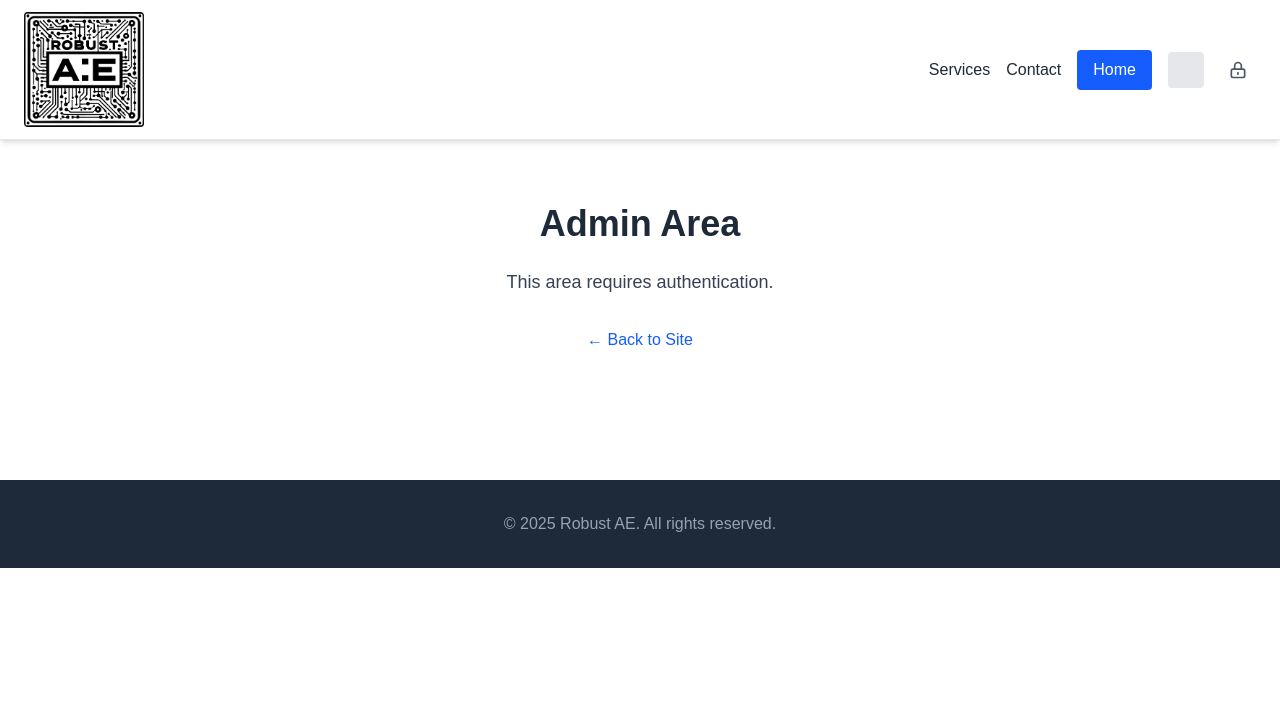
Repository: b0ase/robust-ae.com
Page: /admin
An editor plug-in stored every save of this project. The page is shown before and after the next save, followed by the edit.
The browser window is 1280 px wide. The pictures show the whole page.
The project was rebuilt for these pictures with package versions that can differ from the ones it lists, and the page was loaded fresh each time. The framework's server and built-in components were replaced by stand-ins that run in the browser. Also part of the build but not shown: next.config.ts.

Above is the page before, as saved 2025-05-04 23:11:38.

After the next save:
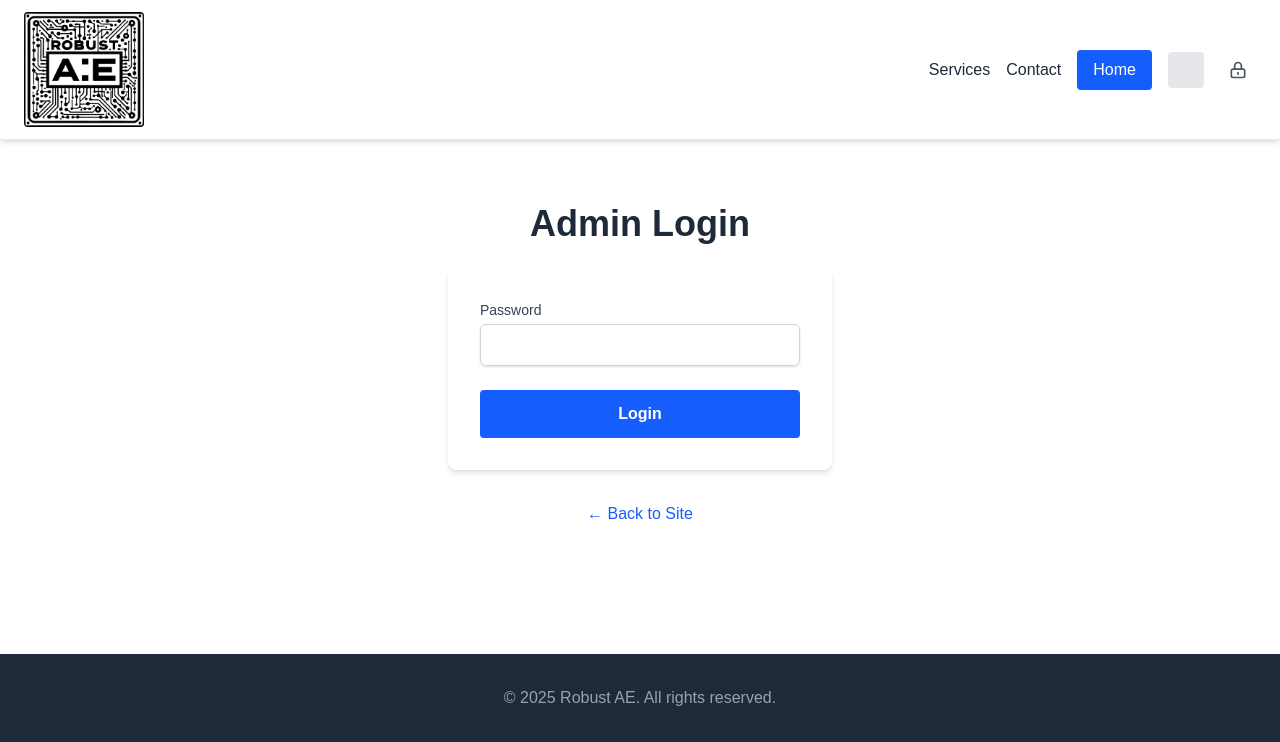
Saved 3 min 17 s later.
--- a/src/app/admin/page.tsx
+++ b/src/app/admin/page.tsx
@@ -1,15 +1,50 @@
+"use client"; // Mark as client component for form interaction (even if basic)
+
 import React from 'react';
 import Link from 'next/link';
 
 export default function AdminPage() {
+
+  // Basic handler to prevent default form submission for now
+  const handleSubmit = (e: React.FormEvent) => {
+    e.preventDefault();
+    // TODO: Implement actual authentication logic here
+    alert('Login functionality not yet implemented.');
+  };
+
   return (
-    <div className="container mx-auto px-4 py-16 text-center">
-       <h1 className="text-3xl md:text-4xl font-bold mb-6">Admin Area</h1>
-       <p className="text-lg text-gray-700 mb-8">
-         This area requires authentication.
-       </p>
-       {/* Add Login Form or Content for authenticated users here */}
-       <Link href="/newsite" className="text-blue-600 hover:underline">&larr; Back to Site</Link>
+    <div className="container mx-auto px-4 py-16 flex flex-col items-center">
+       <h1 className="text-3xl md:text-4xl font-bold mb-6">Admin Login</h1>
+       <div className="w-full max-w-sm bg-white dark:bg-gray-800 p-8 rounded-lg shadow-md">
+        <form onSubmit={handleSubmit} className="space-y-6">
+          <div>
+              <label
+                htmlFor="password"
+                className="block text-sm font-medium text-gray-700 dark:text-gray-300 mb-1"
+              >
+                Password
+              </label>
+              <input
+                type="password"
+                id="password"
+                name="password"
+                required
+                className="w-full px-3 py-2 border border-gray-300 dark:border-gray-600 rounded-md shadow-sm focus:outline-none focus:ring-blue-500 focus:border-blue-500 dark:bg-gray-700 dark:text-white"
+              />
+            </div>
+
+            <div>
+              <button
+                type="submit"
+                className="w-full bg-blue-600 text-white font-semibold px-6 py-3 rounded hover:bg-blue-700 transition duration-300 disabled:opacity-50"
+                // disabled // Optionally disable until implemented
+              >
+                Login
+              </button>
+            </div>
+        </form>
+       </div>
+       <Link href="/newsite" className="text-blue-600 dark:text-blue-400 hover:underline mt-8">&larr; Back to Site</Link>
     </div>
   );
 }
